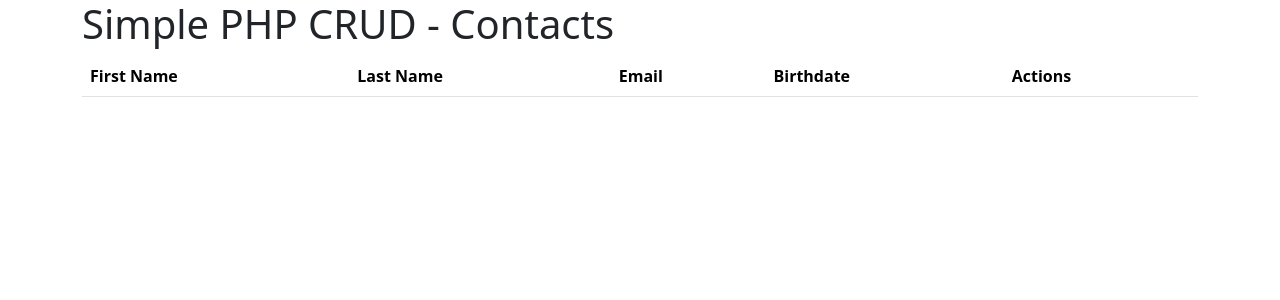
Repository: mennaabdelelhady/PHP-CRUD
Page: http://localhost/
An editor plug-in stored every save of this project. The page is shown before and after the next save, followed by the edit.
The browser window is 1280 px wide. The pictures show the whole page.
The page is run by PHP 8.4 with error messages shown; the project is at /var/www/html/.

Above is the page before, as saved 2024-12-30 01:43:59.

After the next save:
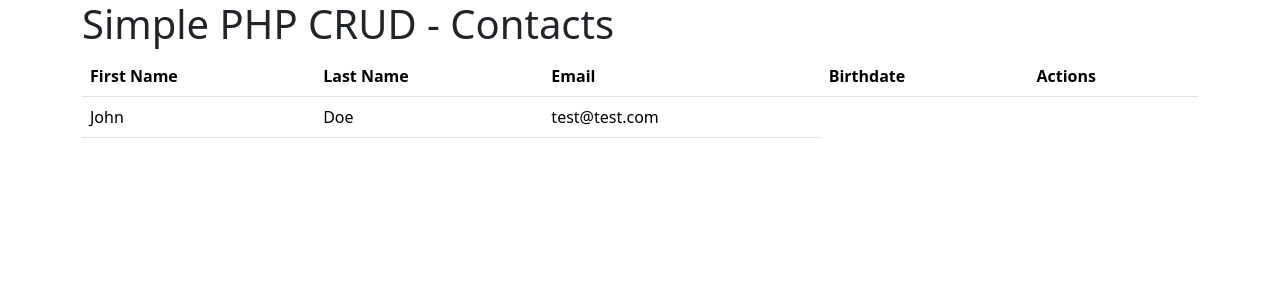
Saved 74 s later.
--- a/public/index.php
+++ b/public/index.php
@@ -24,6 +24,12 @@ $title ="Simple PHP CRUD - Contacts";
                 <th>Actions</th>
             </tr>
         </head>
+        <tbody>
+            <tr>
+                <td>John</td>
+                <td>Doe</td>
+                <td>test@test.com</td>
+        </tbody>
     </table>
 </body>
 </html>
